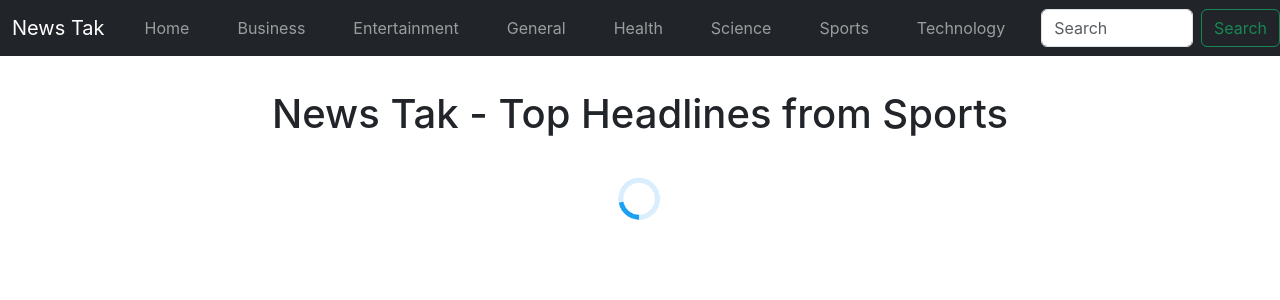
Repository: Rohit-foryou/News-website
Page: /sports
The author's editor kept a copy of each file at every save. The page is drawn from the files as they stood at one save, then again after the next save.
The browser window is 1280 px wide. The pictures show the whole page.
The project was rebuilt for these pictures with package versions that can differ from the ones it lists, and the page was loaded fresh each time. Also part of the build but not shown: src/Components/NewsItem.js.

Above is the page before, as saved 2024-01-12 15:09:17.

After the next save:
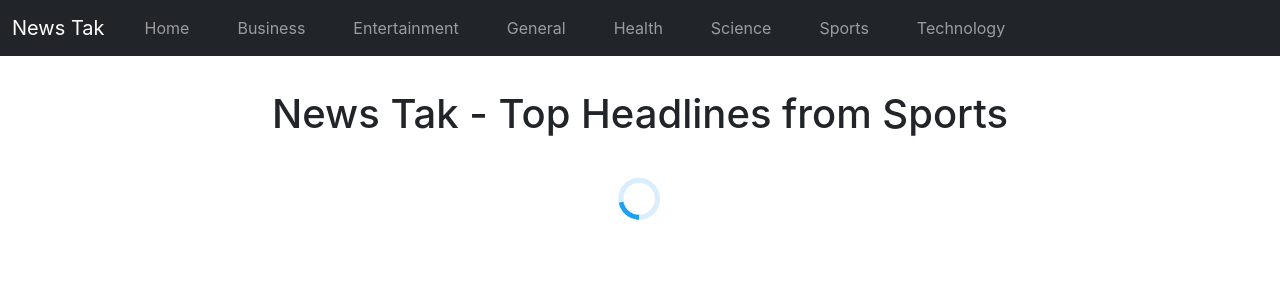
Saved 49 s later.
--- a/src/Components/NavBar.js
+++ b/src/Components/NavBar.js
@@ -70,7 +70,7 @@ const NavBar = () => {
             </ul>
           </div>
         </div>
-        <SearchBar/>
+
       </nav>
     </div>
   );
